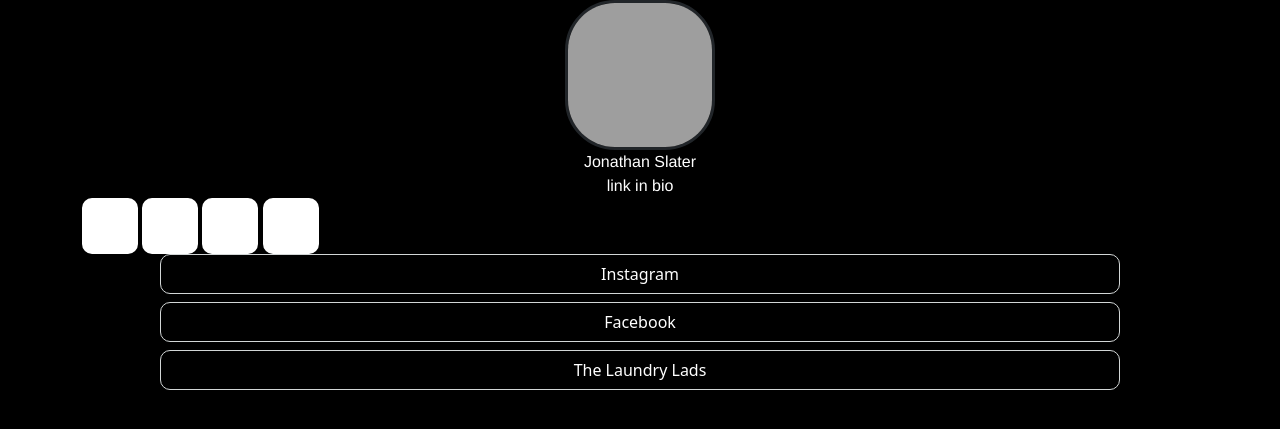
Repository: jontslater/LAB-link-in-bio
Page: index.html
An editor plug-in stored every save of this project. The page is shown before and after the next save, followed by the edit.
The browser window is 1280 px wide. The pictures show the whole page.
Pictures or frames that could not be fetched are drawn as grey boxes.

Above is the page before, as saved 2023-10-15 15:38:30.

### index.html
<!DOCTYPE html>
<html lang="en">
<head>
  <meta charset="UTF-8">
  <meta name="viewport" content="width=device-width, initial-scale=1.0">
  <title>linkinbio</title>
    <link href="https://cdn.jsdelivr.net/npm/bootstrap@5.1.3/dist/css/bootstrap.min.css" rel="stylesheet" integrity="sha384-1BmE4kWBq78iYhFldvKuhfTAU6auU8tT94WrHftjDbrCEXSU1oBoqyl2QvZ6jIW3" crossorigin="anonymous">
   <script src="main.js"></script>
  <link rel="stylesheet" href="main.css">

</head>
<body>

<div class="container">



  <img src="https://images.squarespace-cdn.com/content/v1/5b4d6d0b4cde7aa9fbec4fba/1537653096550-J9E52XLPZITJTOB32UZU/DSC03367.jpg?format=1000w"
  width="150";
  height="150";
  alt="alternatetext" class="photo">

<div class="Jon">Jonathan Slater</div>
<div class="Jon">link in bio</div>

<div></div>
<img src="https://www.freepnglogos.com/elon-musk-twitter-rebrand-x-logo-2.png" alt="alternatetext" class="social side">
<img src="https://upload.wikimedia.org/wikipedia/commons/thumb/8/8b/YouTube_dark_icon_%282017%29.svg/2560px-YouTube_dark_icon_%282017%29.svg.png" alt="alternatetext" class="social side">
<img src="https://image.similarpng.com/very-thumbnail/2020/06/Black-icon-Instagram-logo-transparent-PNG.png" alt="alternatetext" class="social side">
<img src="https://cdn.icon-icons.com/icons2/2428/PNG/512/linkedin_black_logo_icon_147114.png" alt="alternatetext" class="social side">
</div>

<div class="d-grid gap-2">
    <button class="buttons" type="button">Instagram</button>
    <button class="buttons" type="button">Facebook</button>
    <button class="buttons" type="button">The Laundry Lads</button>
  </div>


  <script src="https://cdn.jsdelivr.net/npm/bootstrap@5.1.3/dist/js/bootstrap.bundle.min.js" integrity="sha384-ka7Sk0Gln4gmtz2MlQnikT1wXgYsOg+OMhuP+IlRH9sENBO0LRn5q+8nbTov4+1p" crossorigin="anonymous"></script>
</div>
</body>
</html>

### main.js
console.log("This is a bio");

### main.css
body{
  background-color: black;
}

.buttons{
  background-color:black;
  border-style: solid;
  border-color: rgb(210, 214, 214);
  border-width: thin;
  color:white;
  width: 75%;
  height: 40px;
  border-radius: 10px;
  margin: auto;

}

.Jon{
  color:white;
  text-align: center;
  margin: auto;
  font-style: normal sans-serif;
  font-family: 'Franklin Gothic Medium', 'Arial Narrow', Arial, sans-serif;
}

.photo{
  display: block;
  margin-left: auto;
  margin-right: auto;
  border-style: solid;
  border-radius: 50px
}

.social{
  background-color:white;
  color:white;
  border-radius: 10px;
  border-style: solid;
  height: 50px;
  width: 50px;
  align-items: center;
  padding: 25px;
}

After the next save:
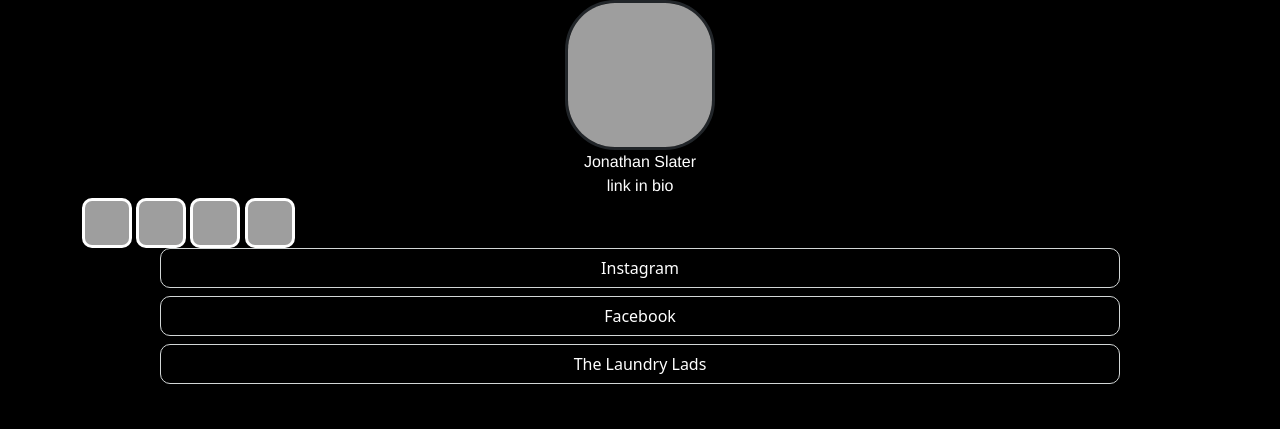
Saved 6 s later.
--- a/main.css
+++ b/main.css
@@ -39,5 +39,4 @@
   height: 50px;
   width: 50px;
   align-items: center;
-  padding: 25px;
 }
